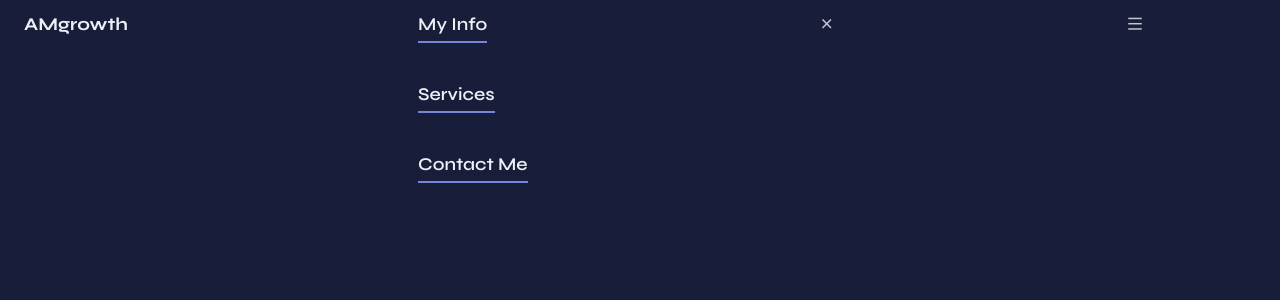
Repository: Ademaulana100499/portofolio
Page: index.html
These files come from the project's save history. The page is drawn as it stood at one moment and after the next save; the edit follows.
The browser window is 1280 px wide. The pictures show the whole page.
Some web fonts or font styles are not loaded; a fallback is used.

Above is the page before, as saved 2024-11-28 15:22:29.

After the next save:
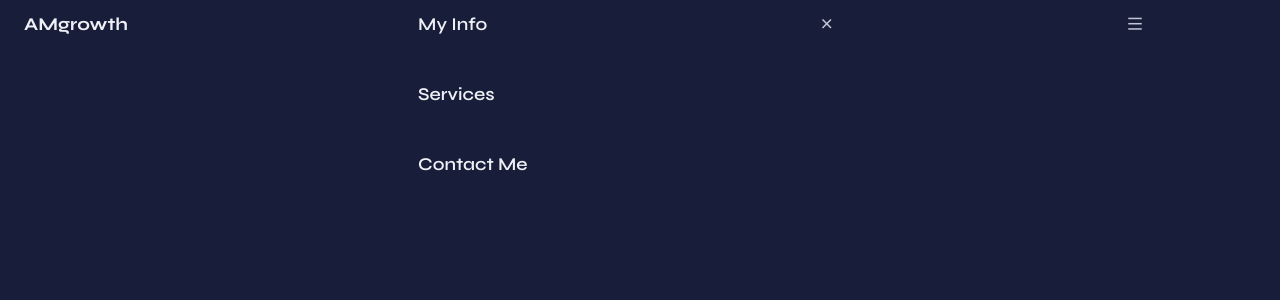
Saved 3 min 26 s later.
--- a/assets/css/style.css
+++ b/assets/css/style.css
@@ -181,7 +181,7 @@ main {
 }
 .nav__link::after {
   content: "";
-  width: 100%;
+  width: 0;
   height: 2px;
   background-color: var(--first-color-light);
   position: absolute;
